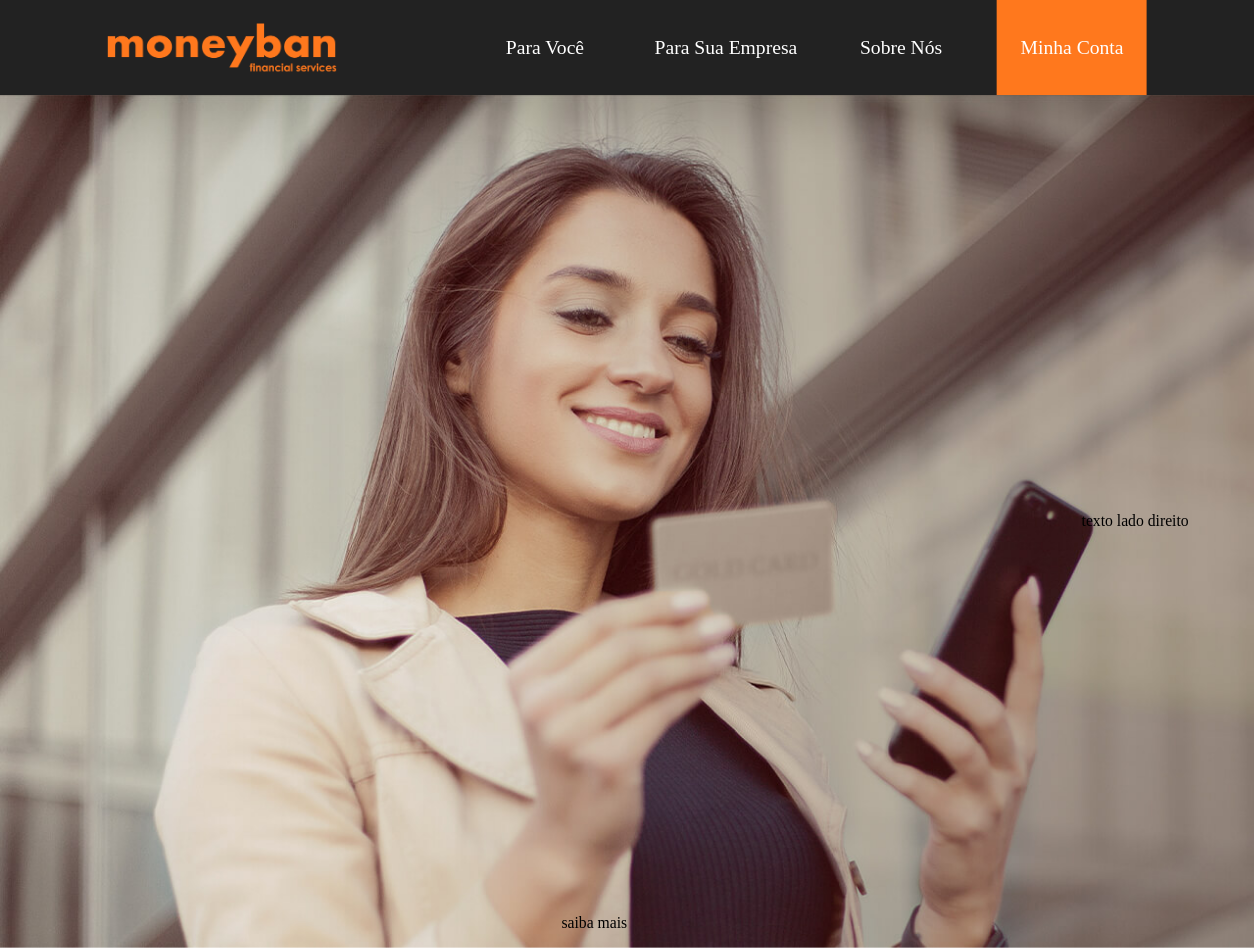
Repository: IvanCardoso91/moneyban
Page: index.html
An editor plug-in stored every save of this project. The page is shown before and after the next save, followed by the edit.
The browser window is 1280 px wide. The pictures show the whole page, at 98% of full size.
Some icons come from a web library that is not loaded, so they are not drawn. Some web fonts or font styles are not loaded; a fallback is used.

Above is the page before, as saved 2020-12-15 00:49:20.

### index.html
<!DOCTYPE html>
<html lang="en">

<head>
    <meta charset="UTF-8">
    <meta name="viewport" content="width=device-width, initial-scale=1.0">
    <link rel="stylesheet" href="./style/main-style.css" type="text/css">
    <link href="/Repositorios/site-moneyban/assets/fontawesome-free/css/all.css" rel="stylesheet">
    <title>Moneyban</title>
    <div class="menu-box">
        <div class="site-title">
            <img src="./assets/img/moneyban 3.png" alt="moneyban" width="233" height="49" />
        </div>
        <div class="menu-options">
            <div style="height: 100%; display: flex;align-items: center;">
                <button onclick="myFunction('personal')" class="menu-options-btn menu-options-text">Para Você <i class="fas fa-chevron-down"></i></button>
                <div style="position: absolute; margin-top: 335px;">
                    <div id="myDropdown" class="dropdown-content">
                        <a>Detran Parcelado</a>
                        <a>Credito Pessoal <span>(em breve)</span></a>
                        <a>Conta Digital <span>(em breve)</span></a>
                        <a>Cartão Internacional <span>(em breve)</span></a>
                        <a>Seguro de Celular <span>(em breve)</span></a>
                    </div>
                </div>
            </div>
            <div style="height: 100%; display: flex;align-items: center;">
                <button onclick="myFunction('enterprise')" class="menu-options-btn menu-options-text">Para Sua Empresa <i class="fas fa-chevron-down"></i></button>
                <div style="position: absolute; margin-top: 295px;">
                    <div id="enterpriseDropdown" class="dropdown-content" style="margin-left: 18px;">
                        <a>Detran Parcelado Frota</a>
                        <a>Capital de Giro <span>(em breve)</span></a>
                        <a>Conta Digital <span>(em breve)</span></a>
                        <a>Cartão Internacional <span>(em breve)</span></a>
                    </div>
                </div>
            </div>
            <div style="height: 100%; display: flex;align-items: center;">
                <span class="menu-options-text"><a>Sobre Nós</a></span>
            </div>
            <div class="menu-options-my-account"><a>Minha Conta</a></div>
        </div>
    </div>
</head>

<body>
    <div class="box-img1">
        <div>
            texto lado direito
        </div>
        <div style="position: relative; top: 410px; right: 50%">
            saiba mais
        </div>
    </div>





    <script type="text/javascript" src="./script/main-index.js"></script>
</body>

</html>

### style/main-style.css
@font-face {
    font-family: 'Century Gothic';
    src: url('/Repositorios/site-moneyban/assets/fonts/Century_Gothic.ttf')
}

body {
    margin: 0px;
}

a {
    cursor: pointer;
}


/* MENU HEADER */

.menu-box {
    background-color: #222222;
    width: 100%;
    display: flex;
    flex-direction: row;
    justify-content: space-evenly;
    height: 97px;
}

.site-title {
    display: flex;
    align-items: center;
}

.title-text {
    color: #FF781D;
    font-family: 'Century Gothic';
    font-weight: bold;
}

.subtitle-text {
    color: #FF781D;
    font-family: 'Century Gothic';
}

.menu-options {
    display: flex;
    align-items: center;
    justify-content: flex-end;
}

.menu-options-text {
    color: #FFFFFF;
    font-size: 20px;
    font-family: 'Century Gothic';
    margin-left: 56px;
    background-color: #0000;
    border-color: #0000;
    cursor: pointer;
}

.menu-options-text:focus {
    outline: 0;
}

.menu-options-my-account {
    background-color: #FF781D;
    color: #FFFFFF;
    font-size: 20px;
    font-family: 'Century Gothic';
    margin-left: 56px;
    height: 100%;
    display: flex;
    align-items: center;
    padding: 0px 24px;
}

.fa-chevron-down {
    color: #FF781D;
    pointer-events: none;
}


/* FIM DO MENU HEADER */


/* DROPDOWN */

.dropbtn {
    background-color: #3498DB;
    color: white;
    padding: 16px;
    font-size: 16px;
    border: none;
    cursor: pointer;
}

.dropbtn:hover,
.dropbtn:focus {
    background-color: #2980B9;
}

.dropdown {
    position: relative;
    display: inline-block;
}

.dropdown-content {
    display: none;
    font-size: 14px;
    font-family: 'Century Gothic';
    background-color: #222222B3;
    cursor: pointer;
    opacity: 1;
    border: 2px solid transparent;
    border-top-color: #FF781D;
    transition: all 2s ease-in-out;
}

.dropdown-content a {
    color: #FFFFFF !important
}

.dropdown-content span {
    color: #FF781D !important;
    font-size: 10px
}

.dropdown-content a {
    color: black;
    padding: 12px 16px;
    text-decoration: none;
    display: block;
}

.dropdown a:hover {
    background-color: #ddd;
}

.show {
    display: flex;
    flex-direction: column;
    align-content: flex-start;
    width: 292px;
    padding: 15px;
}


/* FIM DO DROPDOWN */

.box-img1 {
    height: 870px;
    background-image: url('/Repositorios/site-moneyban/assets/img/bg-home-parcelar-documentos-carro-moto.jpg');
    display: flex;
    align-items: center;
    justify-content: flex-end;
}

### script/main-index.js
function myFunction(option) {
    if (option === 'personal') {
        document.getElementById("myDropdown").classList.toggle("show");
        document.getElementById("enterpriseDropdown").classList.remove("show")
    } else {
        document.getElementById("enterpriseDropdown").classList.toggle("show");
        document.getElementById("myDropdown").classList.remove("show");
    }

}

// Close the dropdown if the user clicks outside of it
window.onclick = function(event) {
    if (!event.target.matches('.menu-options-btn')) {
        var dropdowns = document.getElementsByClassName("dropdown-content");
        var i;
        for (i = 0; i < dropdowns.length; i++) {
            var openDropdown = dropdowns[i];
            if (openDropdown.classList.contains('show')) {
                openDropdown.classList.remove('show');
            }
        }
    }
}

// NAO ESQUECER DE ADICIONAR O MÉTODO POST
{
    /* <form method="post" action="https://consulta.moneyban.com.br/licenciamento.php" name="form">
    	<input type="text" placeholder="Nome Completo" name="cnome">
    	<input type="email" placeholder="E-mail" name="cemail">
    	<input type="tel" placeholder="Telefone" name="cphone">
    	<input type="text" placeholder="Renavam" id="renavam" name="crenavam" maxlength="11">
    	<input type="hidden" name="cparceiro" value="">
    	<input type="hidden" name="cuf" value="PR">
    	<button type="submit" >Consultar Grátis</button>
    </form> */
}

After the next save:
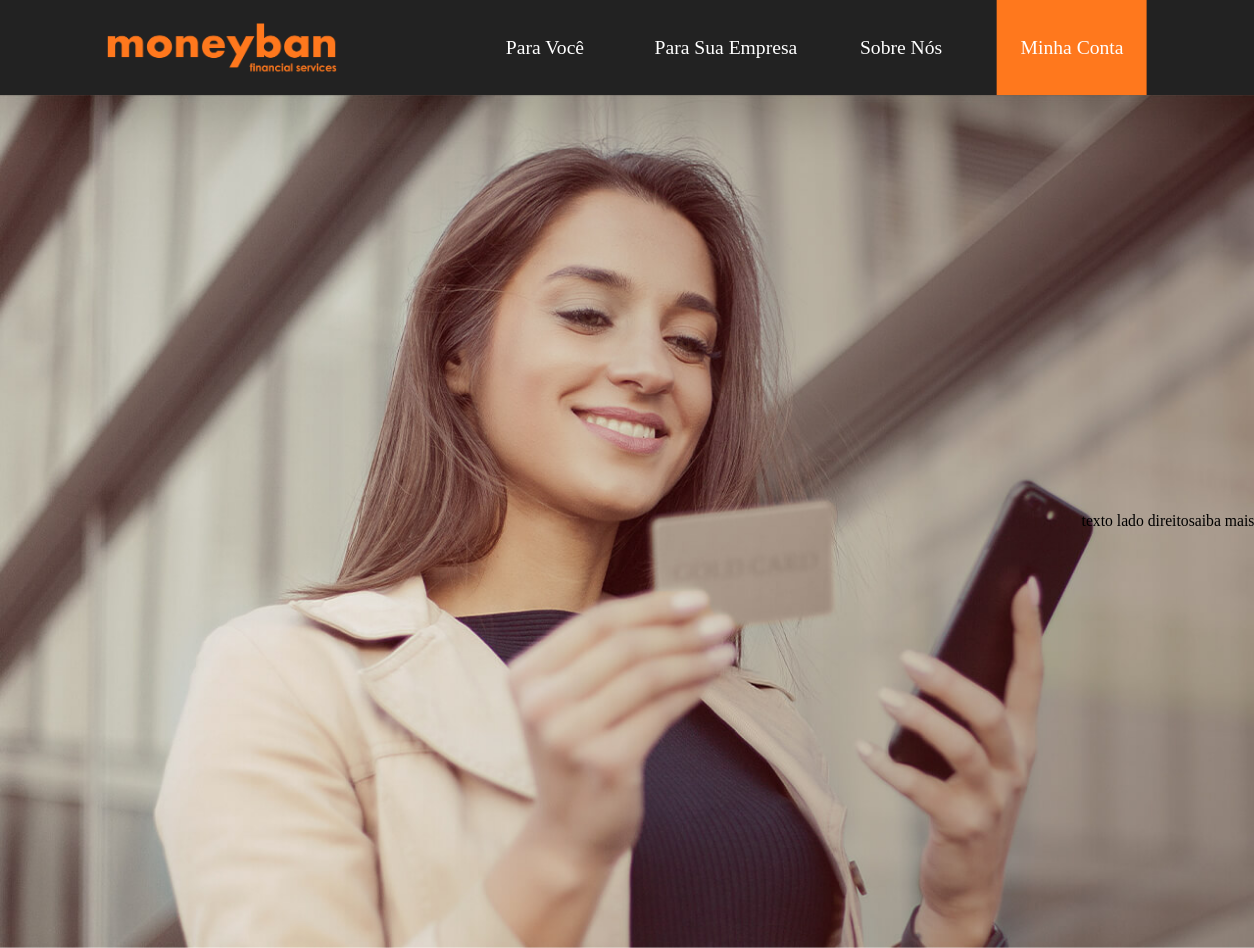
Saved 2 min 18 s later.
--- a/index.html
+++ b/index.html
@@ -48,7 +48,7 @@
         <div>
             texto lado direito
         </div>
-        <div style="position: relative; top: 410px; right: 50%">
+        <div style="align-self: center">
             saiba mais
         </div>
     </div>
